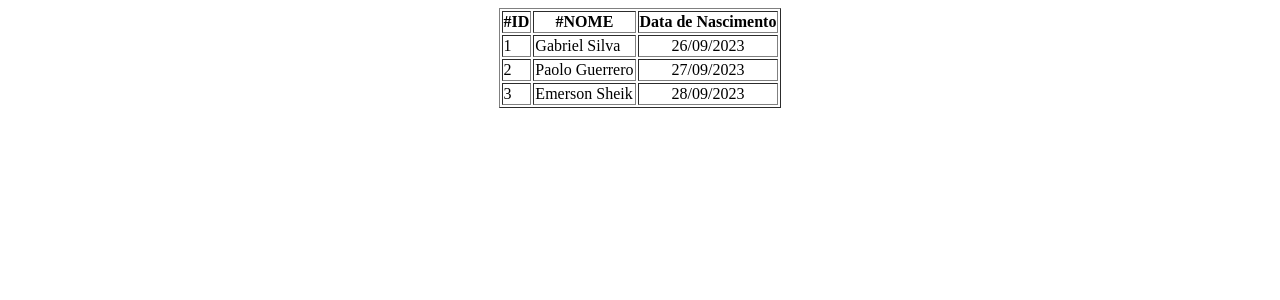
Repository: gabrielsilva9810/FATEC_LABEngSoftware
Page: ExemploHTML/src/main/webapp/index.html
The author's editor kept a copy of each file at every save. The page is drawn from the files as they stood at one save, then again after the next save.
The browser window is 1280 px wide. The pictures show the whole page.

Above is the page before, as saved 2023-08-26 13:11:43.

### ExemploHTML/src/main/webapp/index.html
<!DOCTYPE html>
<html>

<head>
	<meta charset="UTF-8">
	<title>Exemplo HTML</title>
</head>

<body>
	<div align="center">

		<table border=1>
			<thead>
				<tr>
					<th><b> #ID</b></th>
					<th><b> #NOME</b></th>
					<th><b> Data de Nascimento</b></th>
				</tr>
			</thead>
			<tbody>
				<tr>
					<td>1</td>
					<td>Gabriel Silva</td>
					<td align="center">26/09/2023</td>
				</tr>

				<tr>
					<td>2</td>
					<td>Paolo Guerrero</td>
					<td align="center">27/09/2023</td>
				</tr>

				<tr>
					<td>3</td>
					<td>Emerson Sheik</td>
					<td align="center">28/09/2023</td>
				</tr>


			</tbody>
		</table>

		<br />
		<br />

		<div align="center">

		</div>

	</div>
</body>

</html>

After the next save:
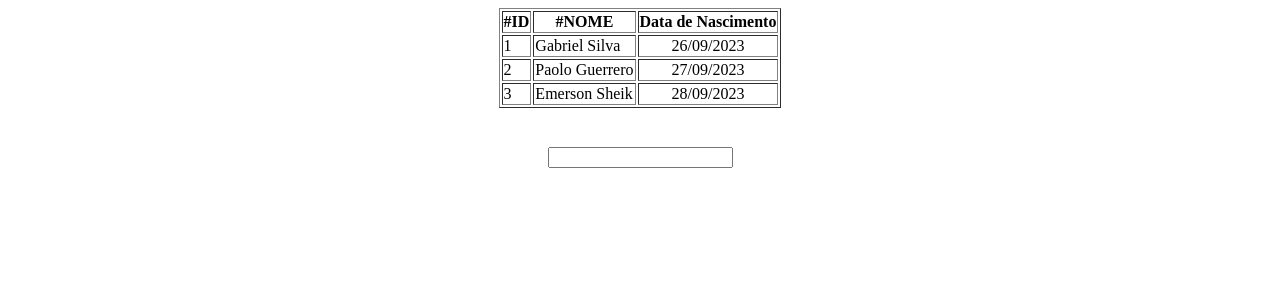
Saved 3 min 48 s later.
--- a/ExemploHTML/src/main/webapp/index.html
+++ b/ExemploHTML/src/main/webapp/index.html
@@ -44,6 +44,16 @@
 		<br />
 
 		<div align="center">
+			<table>
+				<tr>
+
+					<td>
+						<input type ="number" min="0" step= "1">
+
+					</td>
+
+				</tr>
+			</table>
 
 		</div>
 
